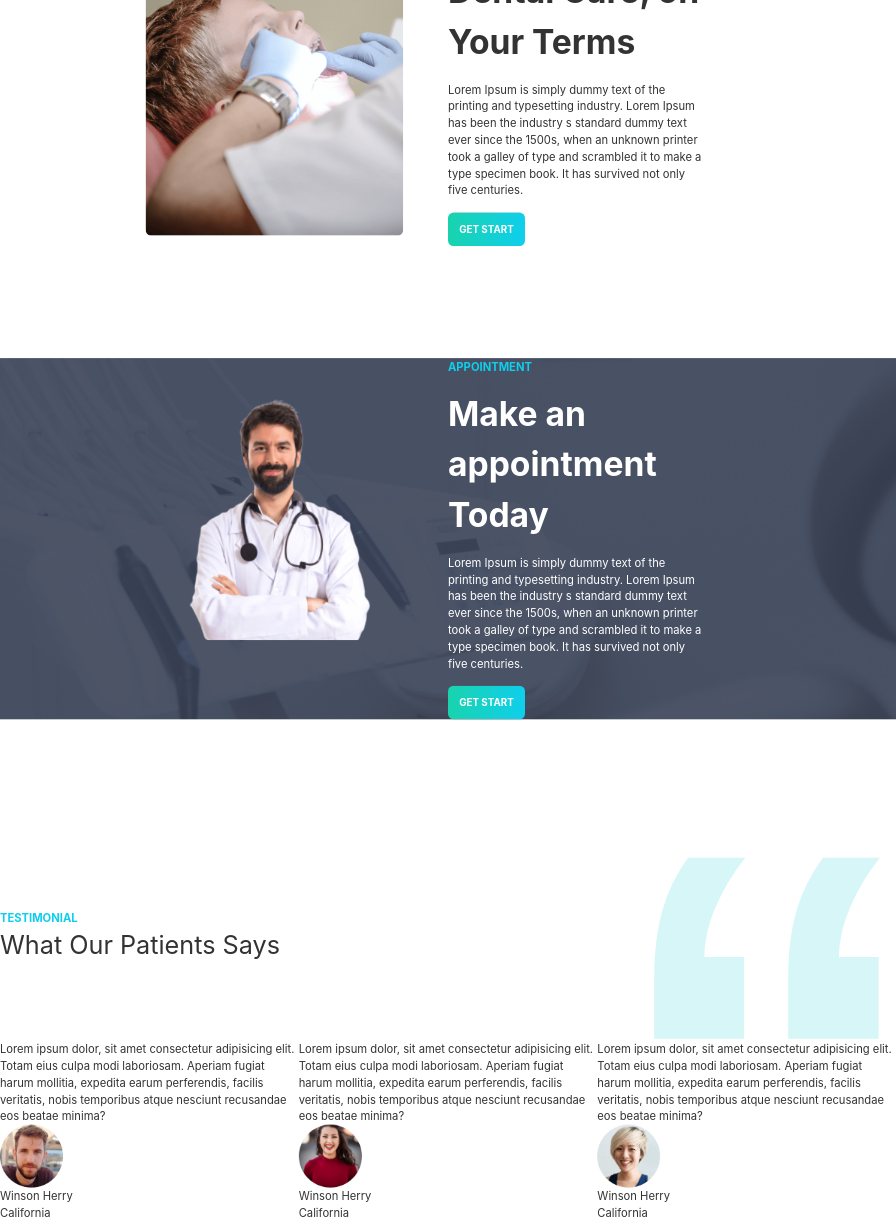
Repository: shikubro90/doctorsportal
Page: /
These files come from the project's save history. The page is drawn as it stood at one moment and after a run of saves; the edit follows.
The browser window is 1280 px wide. The pictures show the part of the page from y = 1931 to 3851 px (the page is 3676 px tall before and 3851 px after), at 70% of full size.
The project was rebuilt for these pictures with package versions that can differ from the ones it lists, and the page was loaded fresh each time. Also part of the build but not shown: src/App.css, src/Pages/About/About.jsx.

Above is the page before, as saved 2022-10-02 09:34:07.

After the next 4 saves:
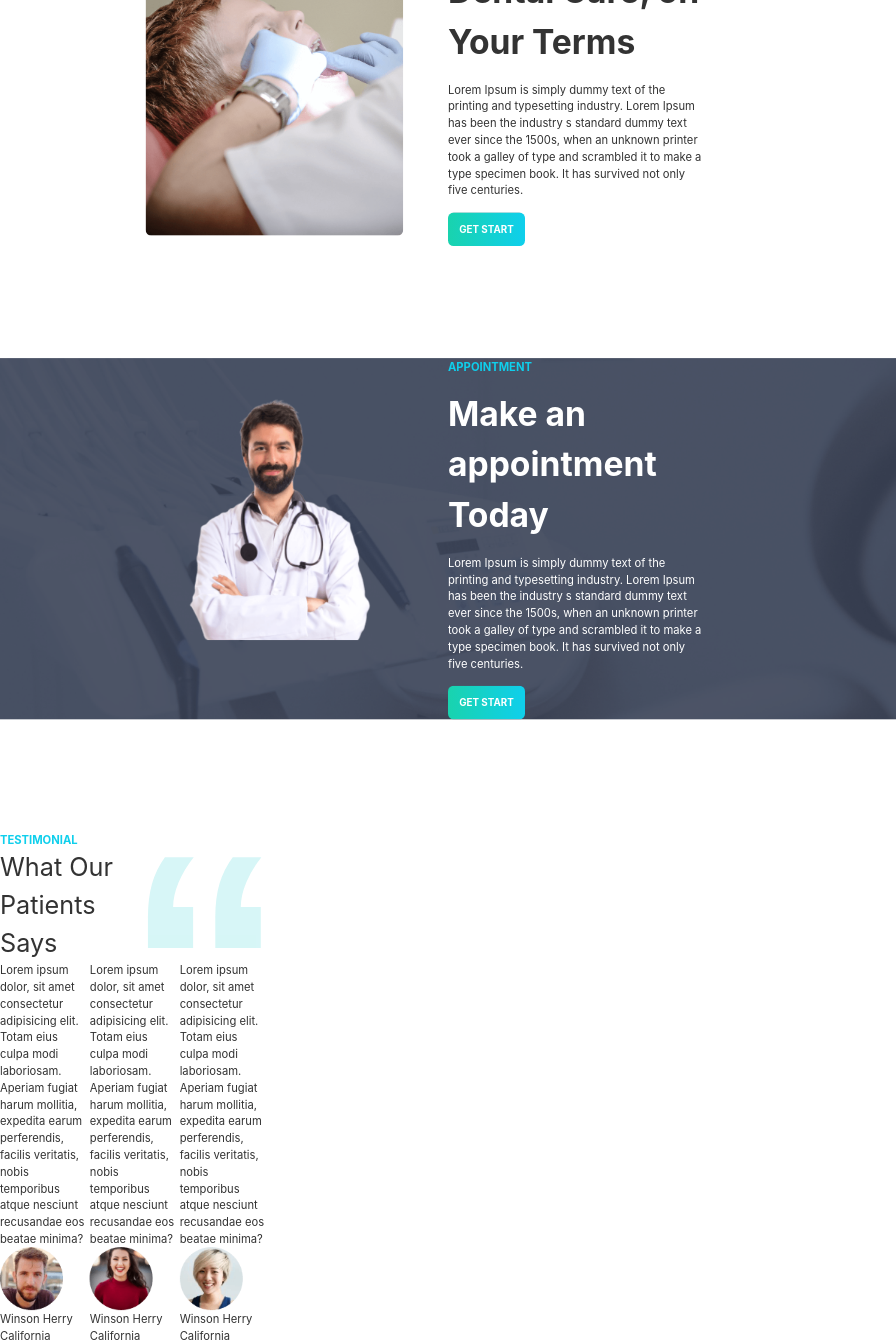
The 4 saves are shown as one change because they came seconds apart.
The last was saved 14 s later.
--- a/src/Pages/Home/TestimonialSection.jsx
+++ b/src/Pages/Home/TestimonialSection.jsx
@@ -7,7 +7,7 @@
   return (
     <div className="testimonial">
       <div className="testimonialWrap">
-        <div className="content">
+        <div className="content w-[385px]">
           <div className="header flex items-center justify-between">
             <div className="header_left">
               <div className="shortTitle uppercase text-primary font-bold">

After the save that followed:
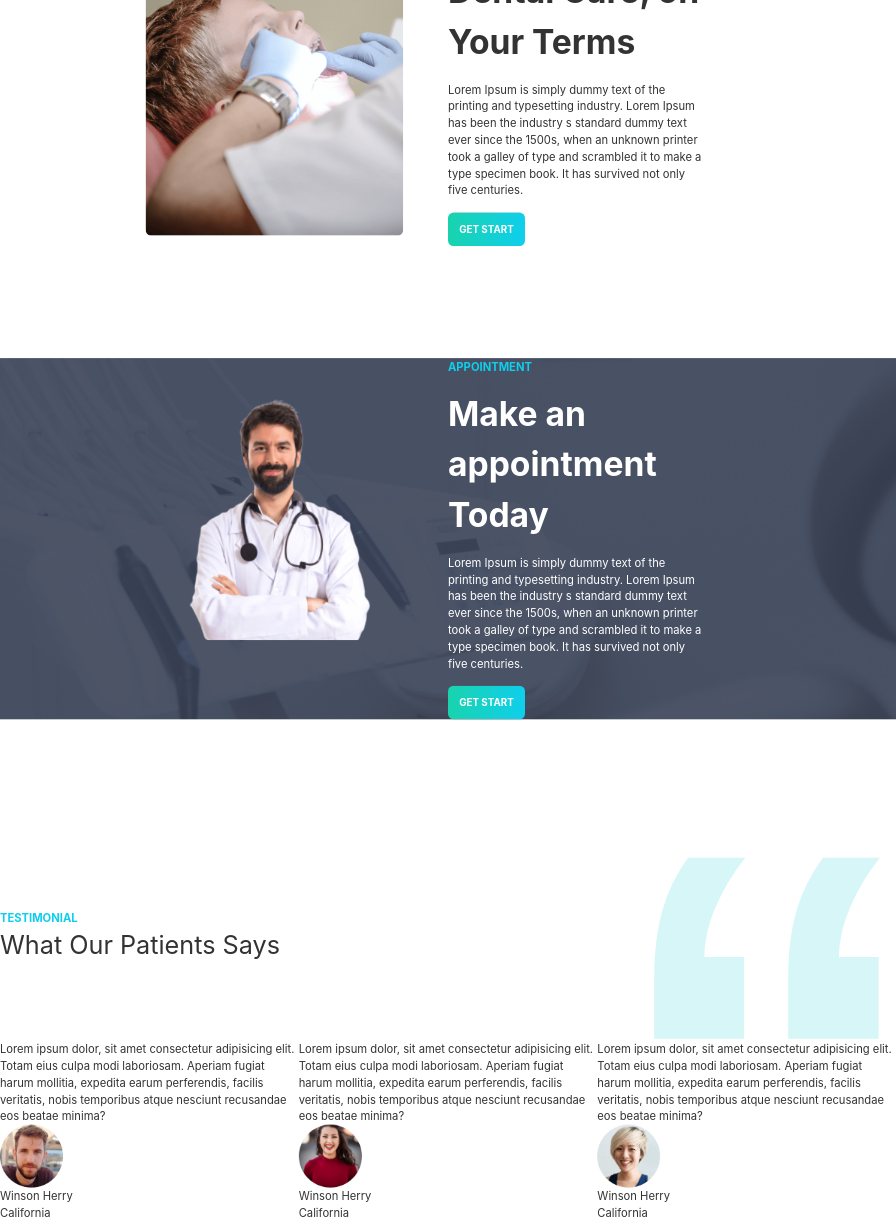
Saved 15 s later.
--- a/src/Pages/Home/TestimonialSection.jsx
+++ b/src/Pages/Home/TestimonialSection.jsx
@@ -7,7 +7,7 @@
   return (
     <div className="testimonial">
       <div className="testimonialWrap">
-        <div className="content w-[385px]">
+        <div className="content">
           <div className="header flex items-center justify-between">
             <div className="header_left">
               <div className="shortTitle uppercase text-primary font-bold">
